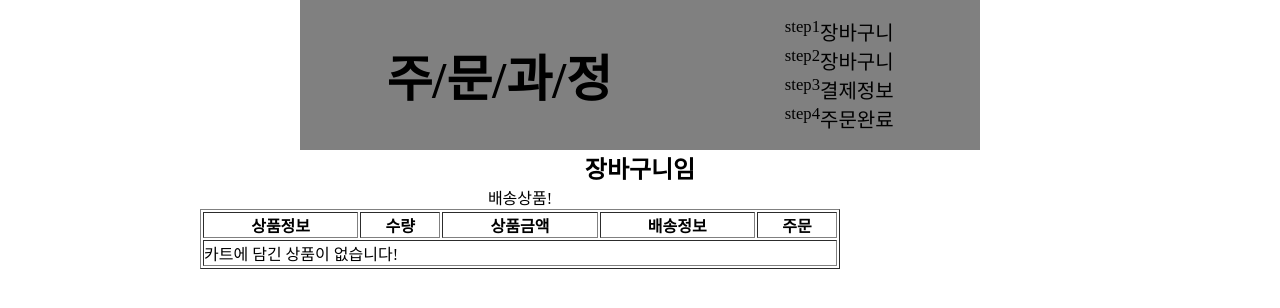
Repository: kym-1000/book
Page: http://localhost/book/WEB-INF/views/cart/cart1.jsp
These files come from the project's save history. The page is drawn as it stood at one moment and after the next save; the edit follows.
The browser window is 1280 px wide. The pictures show the whole page.
The page is served by Tomcat 9. Nobody is signed in. The template is opened directly, without the code that normally fills it, so the values that code supplies are empty.

Above is the page before, as saved 2023-01-02 08:48:00.

After the next save:
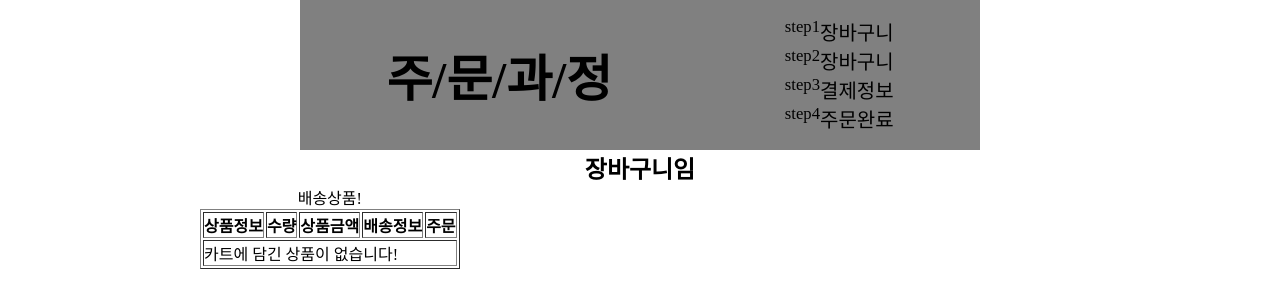
Saved 4 s later.
--- a/book/book/src/main/webapp/WEB-INF/views/cart/cart1.jsp
+++ b/book/book/src/main/webapp/WEB-INF/views/cart/cart1.jsp
@@ -27,7 +27,7 @@
 
 	<h2 style="text-align: center;">장바구니임</h2>
 
-<table  width="50%"  border="1" id="table">
+<table  border="1" id="table">
 	<caption >
       배송상품!
     </caption>
